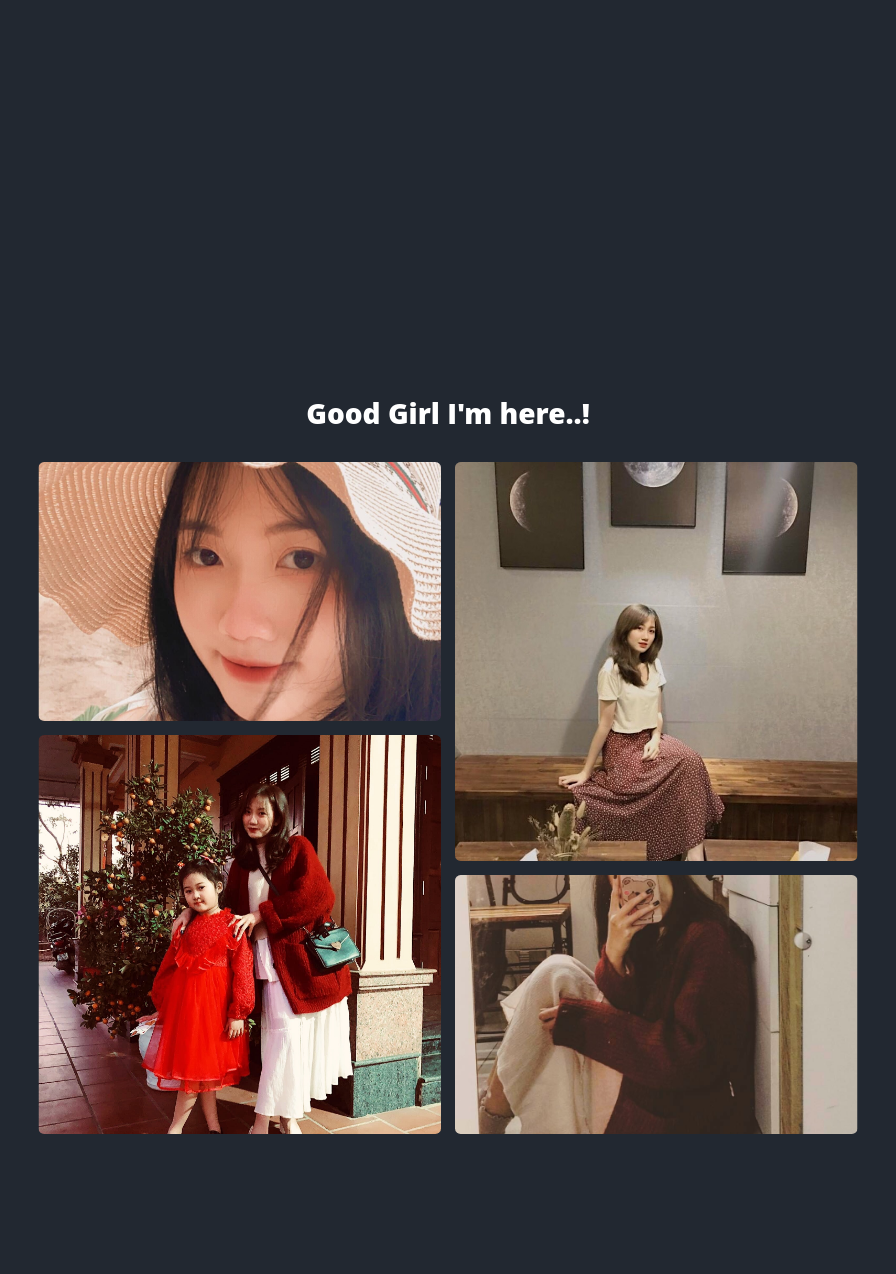
Repository: Datt21/p-happyB
Page: index.html
The author's editor kept a copy of each file at every save. The page is drawn from the files as they stood at one save, then again after the next save.
The browser window is 1280 px wide. The pictures show the part of the page from y = 970 to 2890 px (the page is 2790 px tall before and 2890 px after), at 70% of full size.
Some icons come from a web library that is not loaded, so they are not drawn.

Above is the page before, as saved 2021-08-31 05:33:56.

### index.html
<!DOCTYPE html>
<html lang="en">
<head>
    <meta charset="UTF-8">
    <meta http-equiv="X-UA-Compatible" content="IE=edge">
    <meta name="viewport" content="width=device-width, initial-scale=1.0">
    <title>Document</title>
    <link rel="stylesheet" href="https://unicons.iconscout.com/release/v4.0.0/css/line.css">
    <link rel="stylesheet" href="./app.css">
</head>
<body>
<div class="wrapper">
    <header class="header">
        <div class="container">
            <div class="header-main">
                <div class="header-info">
                    <img src="./images/lemon.jpg" alt="" class="img-logo">
                    <div class="info">
                        <div class="info-name">Thúy Nga</div>
                        <div class="birth-day">02-09-2000 <i class="uil uil-users-alt"></i> </div>
                    </div>
                </div>

                <div class="menu">
                    <span class="text">Happy special day!</span>
                </div>

                <div class="icon-gift">
                    <a href=""><i class="uil uil-gift"></i></a>
                </div>
            </div>
        </div>
    </header>

    <main>
        <section class="about">
            <div class="container">
                <div class="you-header">
                    <h3 class="caption">Good Girl <span class="heading"> I'm here..!</span></h3>
                </div>
                <div class="about-list">
                    <div class="about-item">
                        <img src="./images/img1.jpg" alt="">
                    </div>
                    <div class="about-item">
                        <img src="./images/img2.jpg" alt="">
                    </div>
                    <div class="about-item">
                        <img src="./images/img3.jpg" alt="">
                    </div>
                    <div class="about-item">
                        <img src="./images/img4.jpg" alt="">
                    </div>
                </div>
            </div>
        </section>
    </main>
</div>
    <script src="./app.js"></script>
</body>
</html>

### app.css
html {
    box-sizing: border-box;
}

* {
    margin: 0;
    padding: 0;
}

*,
*:before,
*:after {
    box-sizing: border-box;
}

a {
    text-decoration: none;
}

img {
    display: block;
    max-width: 100%;
}

html {
    scroll-behavior: smooth;
}

body {
    font-family: "Open sans", sans-serif;
    font-size: 18px;
    line-height: 1;
    color: white;
    background-color: #222831;
    overflow-x: hidden;
}
section[id] {
    scroll-margin-top: 30px;
}

.wrapper {
    max-width: 1920px;
    margin: 0 auto;
    background: url("../images/banner.jpg") no-repeat top/100%;
    /* min-height: 300vh; */
}

main {
    min-height: 200vh;
}
.container {
    max-width: 1200px;
    margin: 0 auto;
    padding: 0 15px;
}

/* .header {
    border-bottom: 1px solid rgba(255, 255, 255, 0.3);
} */
.header-main {
    display: flex;
    justify-content: space-between;
    align-items: center;
    padding: 40px 0;
}
.header-info {
    display: flex;
    align-items: center;
    gap: 0 10px;
    font-size: 20px;
}

.img-logo {
    width: 60px;
    height: 60px;
    border-radius: 50%;
}

.info-name {
    padding-bottom: 10px;
}
.birth-day {
    opacity: 0.6;
}

.menu .text {
    font-style: italic;
    font-size: 40px;
    font-weight: 800;
}

.icon-gift i {
    font-size: 40px;
    color: white;
    font-weight: 600;
}

.about {
    padding-top: 1400px;
    padding-bottom: 200px;
}
.you-header {
    text-align: center;
    max-width: 490px;
    margin: 0 auto;
    padding-bottom: 50px;
}

main {
    min-height: 200vh;
}

.about-list {
    text-align: center;
    display: grid;
    grid-template-columns: 1fr 1fr;
    grid-gap: 20px;
    grid-template-rows: 370px 180px 370px;
}

.about-item {
    border-radius: 8px;
}

.about-item img {
    width: 100%;
    height: 100%;
    object-fit: cover;
    border-radius: inherit;
}

.caption {
    font-size: 40px;
    font-weight: 800;
}

.about-item:nth-child(2) {
    grid-row: 1/3;
    grid-column: 2/3;
}
.about-item:nth-child(3) {
    grid-row: 2/4;
    grid-column: 1/2;
}

Loaded but not shown: app.js (no copy from this time; the picture is the same without it)

After the next save:
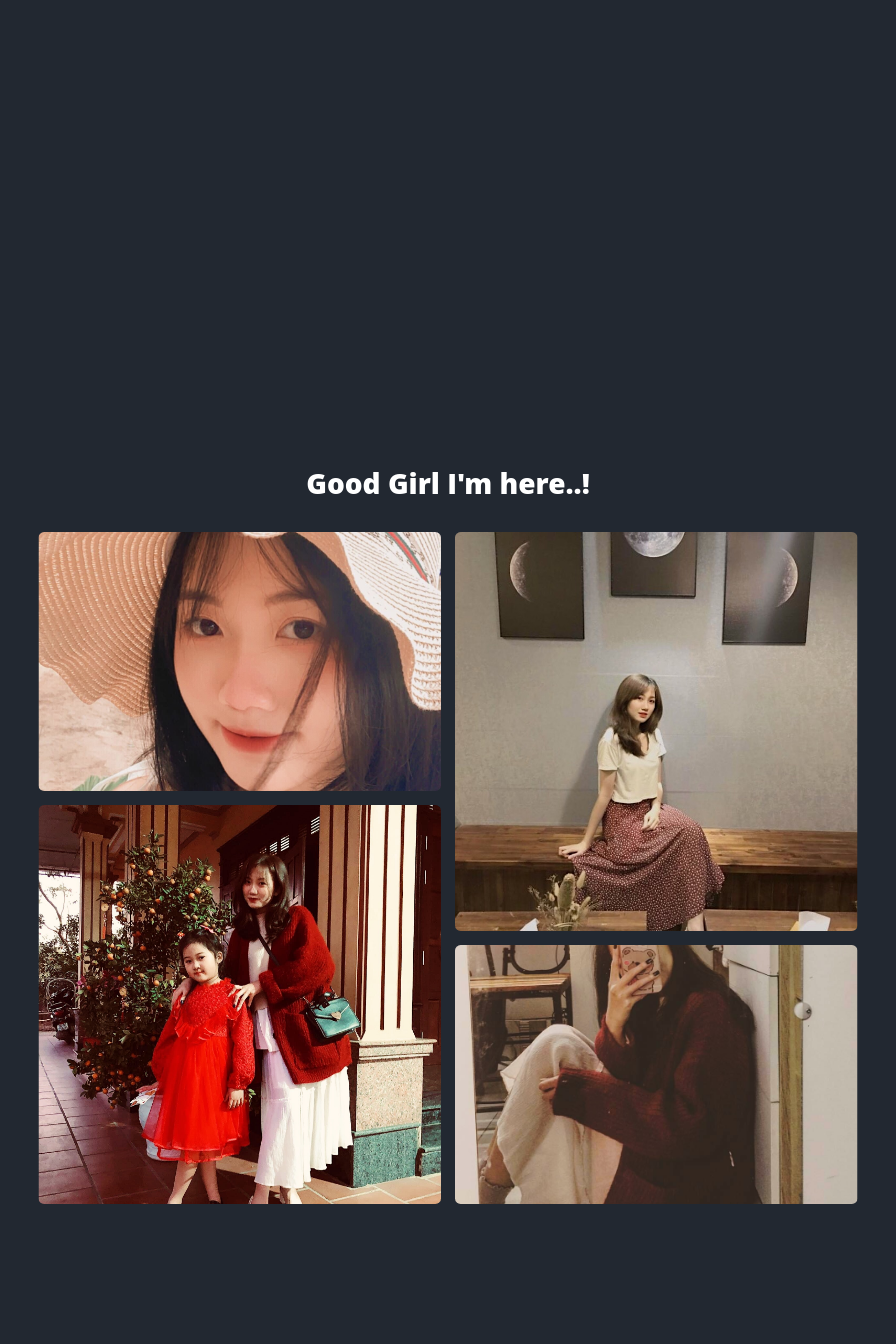
Saved 9 s later.
--- a/app.css
+++ b/app.css
@@ -96,7 +96,7 @@ main {
 }
 
 .about {
-    padding-top: 1400px;
+    padding-top: 1500px;
     padding-bottom: 200px;
 }
 .you-header {
